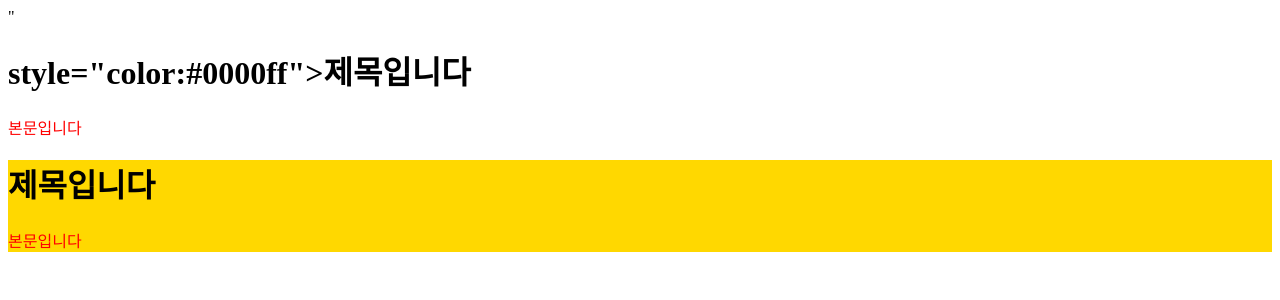
Repository: luna2222/web
Page: 01HTML5/WebContent/[7강]CSS3선택자1/07_01.html
An editor plug-in stored every save of this project. The page is shown before and after the next save, followed by the edit.
The browser window is 1280 px wide. The pictures show the whole page.

Above is the page before, as saved 2019-02-19 06:23:32.

After the next save:
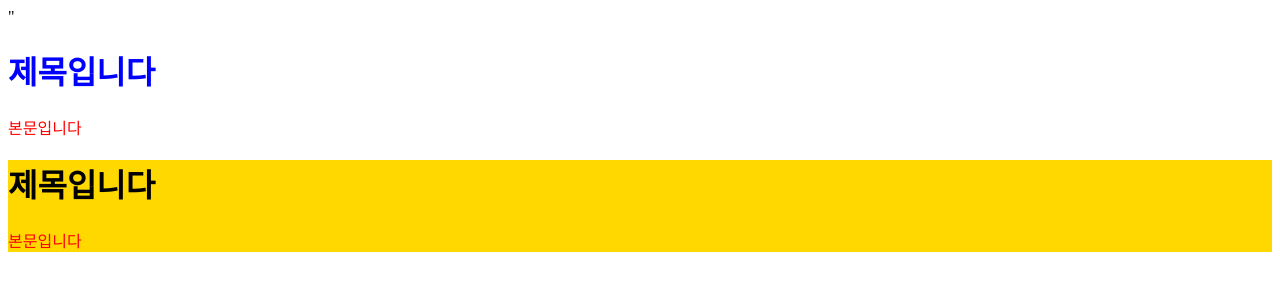
Saved 95 s later.
--- a/01HTML5/WebContent/[7강]CSS3선택자1/07_01.html
+++ b/01HTML5/WebContent/[7강]CSS3선택자1/07_01.html
@@ -12,7 +12,7 @@
 	</style>
 </head>
 <body>
-	<h1>style="color:#0000ff">제목입니다</h1>
+	<h1 style="color:#0000ff">제목입니다</h1>
 	<p>본문입니다</p>
 	<div>
 		<h1>제목입니다</h1>
